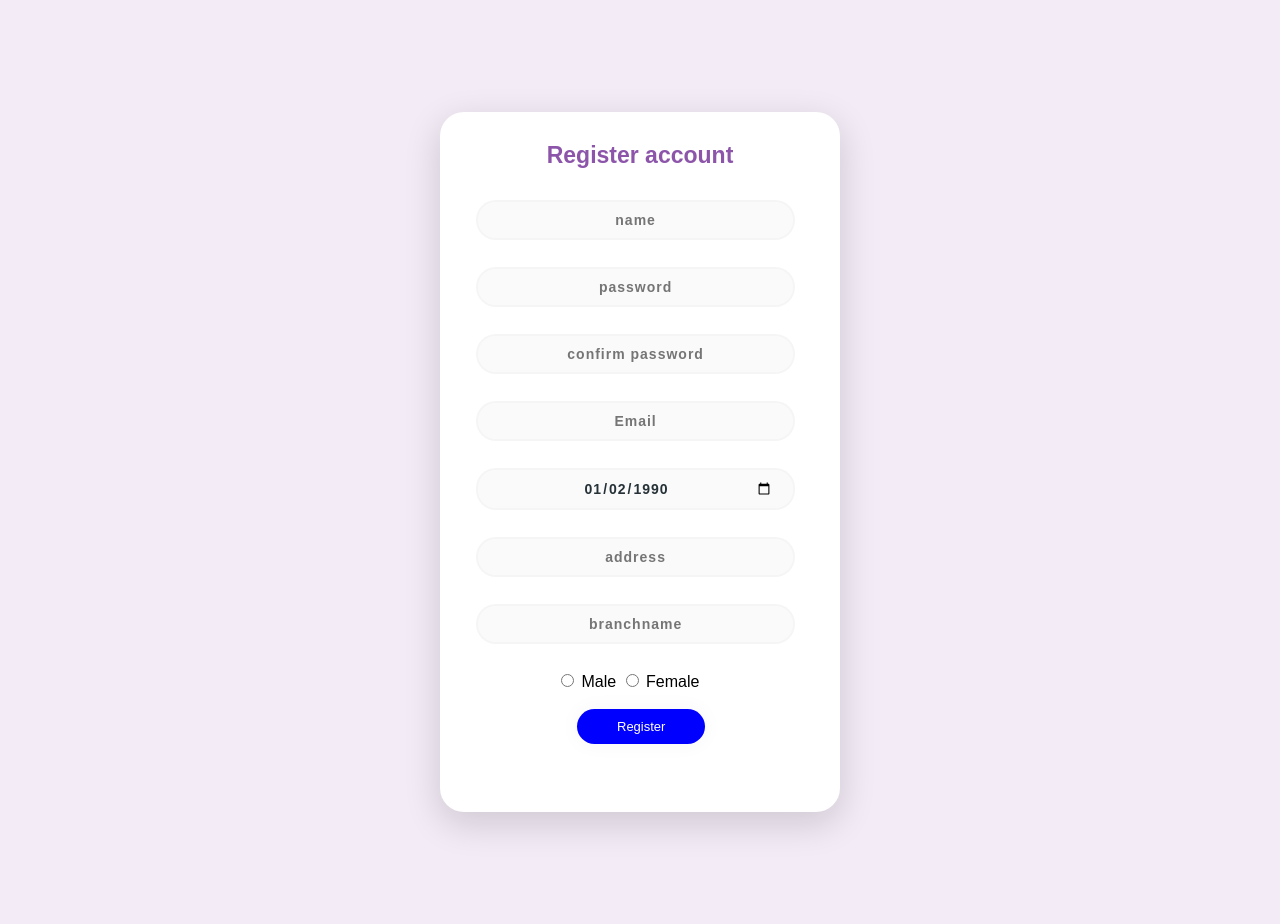
Repository: anujs099/bankingapp
Page: http://localhost/banking-application-final/Register.html
The author's editor kept a copy of each file at every save. The page is drawn from the files as they stood at one save, then again after the next save.
The browser window is 1280 px wide. The pictures show the whole page.
The page is served by Tomcat 9. Other server files are loaded and not shown.

Above is the page before, as saved 2021-03-09 04:36:42.

### banking-application-final/WebContent/Register.html
<!DOCTYPE html>
<html>
<head>
<meta charset="ISO-8859-1">
<title>Insert title here</title>
<link rel="stylesheet" href="LoginFile.css">
</head>
<body>
<div class="main" style="width: 400px;
        height: 700px;">
        <p class="sign" align="center" style="padding-top:30px">Register account</p>
<Form action="registerservlet" method="post" style="margin:-10px" ><br>
<input type="text" placeholder="name" name="firstname" class="un"><br>
<input type="password" placeholder="password" name="password" class="un"><br>
<input type="password" placeholder="confirm password" class="un"><br>

<input type="email" placeholder="Email" name="email" class="un"><br>
<input type="date" min="1990-01-01" max="2030-02-08" value="1990-01-02" name="date" class="un"><br>
<input type="text" placeholder="address" name="Address" class="un"><br>
<input type="text" placeholder="branchname" name="branch" class="un"><br>
<div class="control" class="un" style="position: relative;left:30%">
  <label class="radio">
    <input type="radio" name="answer" value="male"></input>
   	Male
  </label>
  <label class="radio">
    <input type="radio" name="answer" value="female"></input>
    Female
  </label>
</div><br>
<input type="submit" value="Register" class="submit"><br>
</Form>
</div>
</body>
</html>

### banking-application-final/WebContent/LoginFile.css
@charset "ISO-8859-1";
 body {
        background-color: #F3EBF6;
        font-family: 'Ubuntu', sans-serif;
    }

    .main {
        background-color: #FFFFFF;
        width: 400px;
        height: 400px;
        margin: 7em auto;
        border-radius: 1.5em;
        box-shadow: 0px 11px 35px 2px rgba(0, 0, 0, 0.14);
    }

    .sign {
        padding-top: 40px;
        color: #8C55AA;
        font-family: 'Ubuntu', sans-serif;
        font-weight: bold;
        font-size: 23px;
    }

    .un {
    width: 76%;
    color: rgb(38, 50, 56);
    font-weight: 700;
    font-size: 14px;
    letter-spacing: 1px;
    background: rgba(136, 126, 126, 0.04);
    padding: 10px 20px;
    border: none;
    border-radius: 20px;
    outline: none;
    box-sizing: border-box;
    border: 2px solid rgba(0, 0, 0, 0.02);
    margin-bottom: 50px;
    margin-left: 46px;
    text-align: center;
    margin-bottom: 27px;
    font-family: 'Ubuntu', sans-serif;
    }

    form.form1 {
        padding-top: 40px;
    }

    .pass {
            width: 76%;
    color: rgb(38, 50, 56);
    font-weight: 700;
    font-size: 14px;
    letter-spacing: 1px;
    background: rgba(136, 126, 126, 0.04);
    padding: 10px 20px;
    border: none;
    border-radius: 20px;
    outline: none;
    box-sizing: border-box;
    border: 2px solid rgba(0, 0, 0, 0.02);
    margin-bottom: 50px;
    margin-left: 46px;
    text-align: center;
    margin-bottom: 27px;
    font-family: 'Ubuntu', sans-serif;
    }


    .un:focus, .pass:focus {
        border: 2px solid rgba(0, 0, 0, 0.18) !important;

    }

    .submit {
      cursor: pointer;
        border-radius: 5em;
        color: #fff;
        background: linear-gradient(to right, #0000FF, #0000FF);
        border: 0;
        padding-left: 40px;
        padding-right: 40px;
        padding-bottom: 10px;
        padding-top: 10px;
        font-family: 'Ubuntu', sans-serif;
        margin-left: 35%;
        font-size: 13px;
        box-shadow: 0 0 20px 1px rgba(0, 0, 0, 0.04);
    }

    .forgot {
        text-shadow: 0px 0px 3px rgba(117, 117, 117, 0.12);
        color: #E1BEE7;
        padding-top: 15px;
    }

    a {
        text-shadow: 0px 0px 3px rgba(117, 117, 117, 0.12);
        color: #E1BEE7;
        text-decoration: none
    }

    @media (max-width: 600px) {
        .main {
            border-radius: 0px;
        }

    }

After the next save:
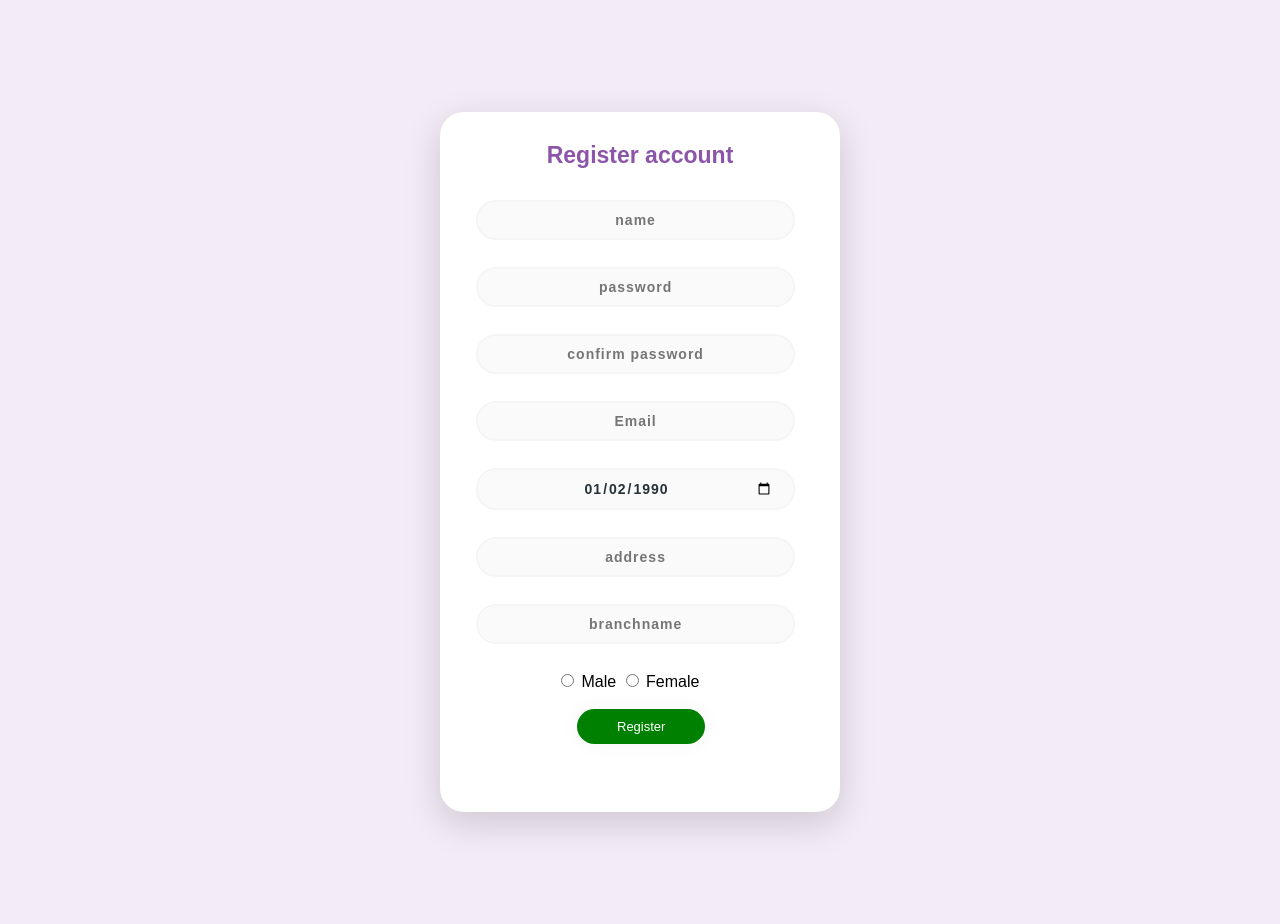
Saved 88 s later.
--- a/banking-application-final/WebContent/LoginFile.css
+++ b/banking-application-final/WebContent/LoginFile.css
@@ -75,7 +75,7 @@
       cursor: pointer;
         border-radius: 5em;
         color: #fff;
-        background: linear-gradient(to right, #0000FF, #0000FF);
+        background:green;
         border: 0;
         padding-left: 40px;
         padding-right: 40px;
